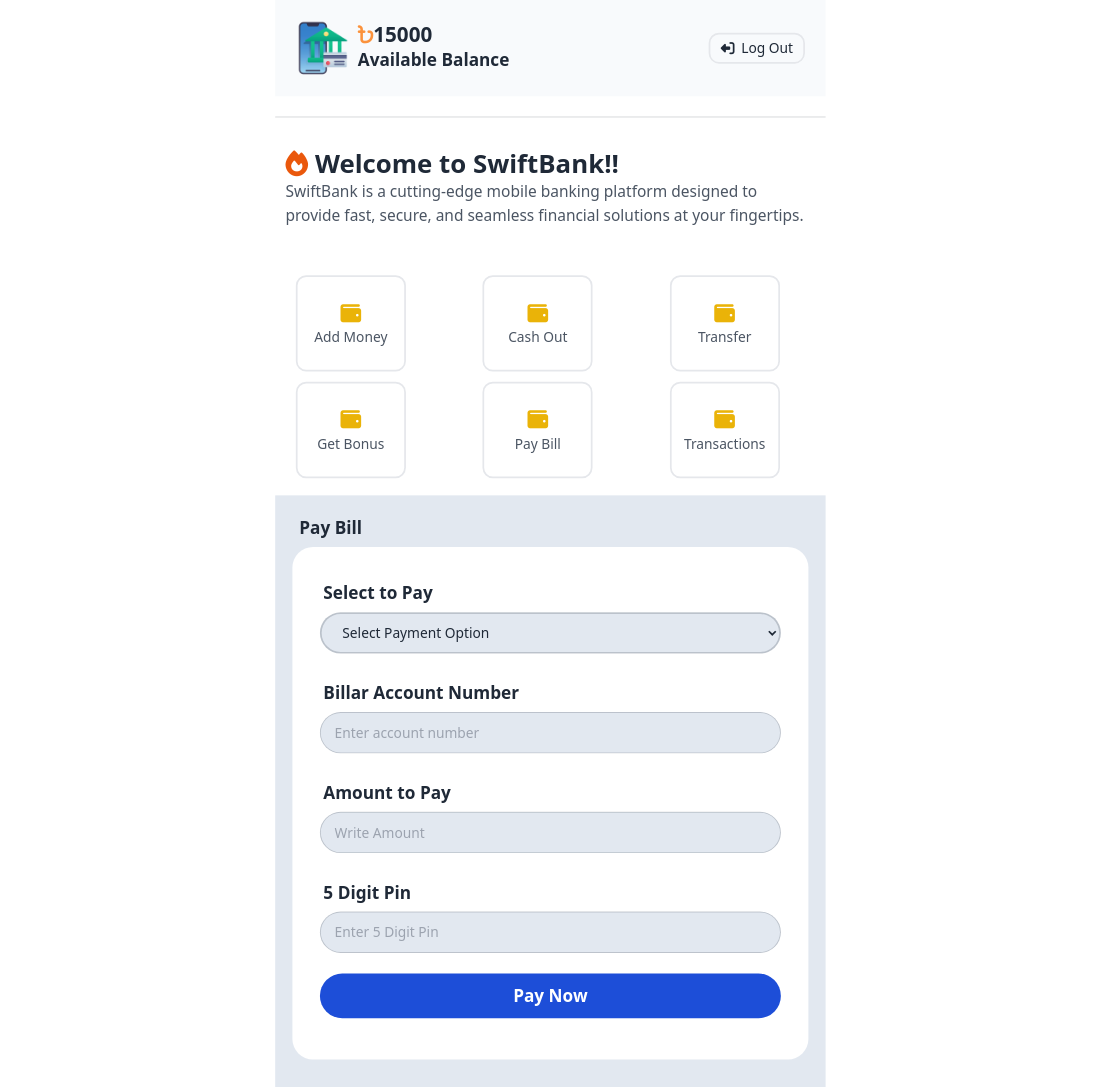
Repository: mukaddam-coder/swift-bank-mobile-banking
Page: home.html
The author's editor kept a copy of each file at every save. The page is drawn from the files as they stood at one save, then again after the next save.
The browser window is 1280 px wide. The pictures show the whole page, at 86% of full size.
Some web libraries are served in a nearby version.

Above is the page before, as saved 2024-12-15 02:14:22.

After the next save:
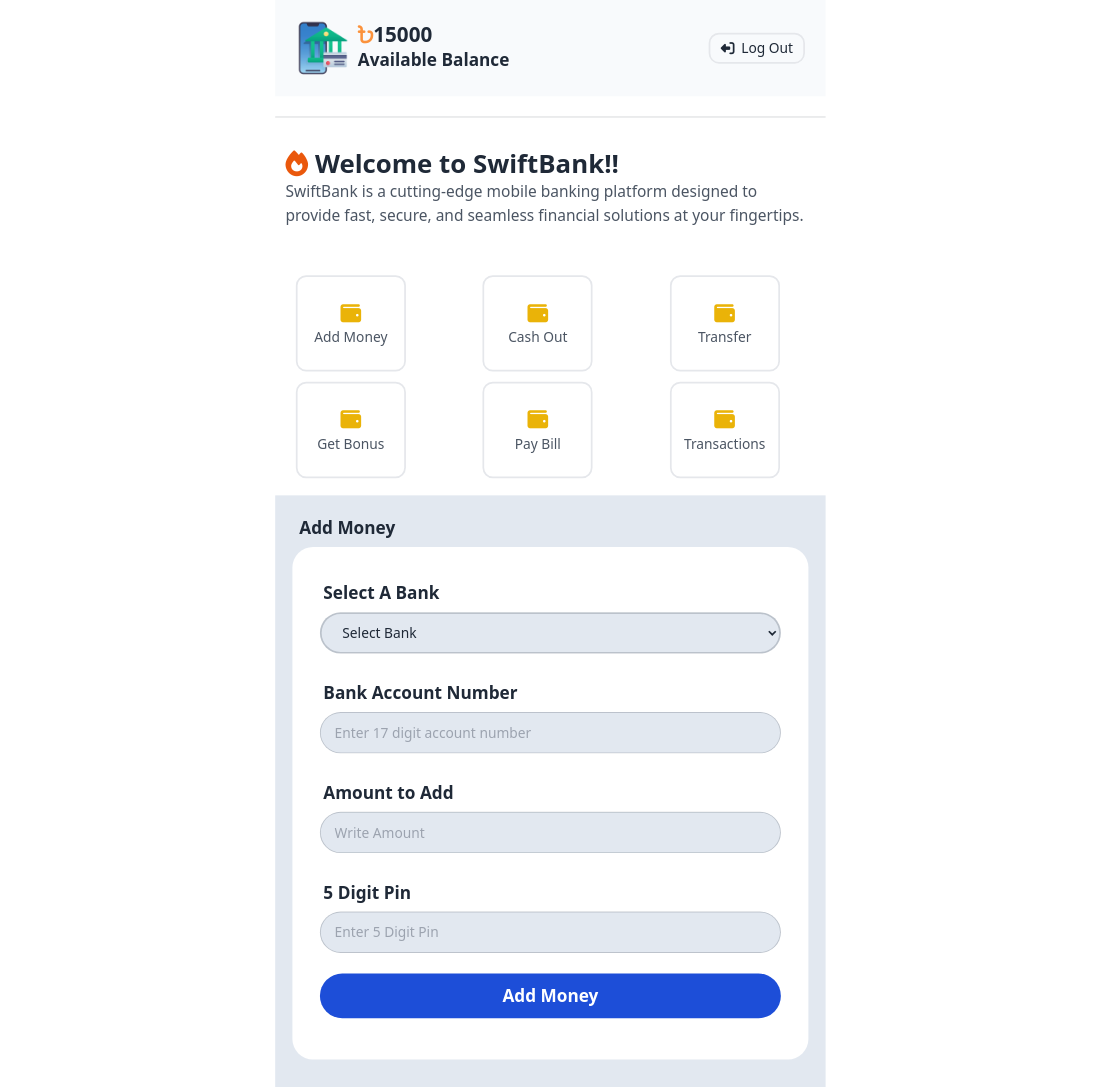
Saved 41 s later.
--- a/home.html
+++ b/home.html
@@ -96,7 +96,7 @@
     </div>
       </section>
       <!-- Add Money Section Start -->
-      <section id ="add-money-section" class="hidden w-1/2 mx-auto px-5 py-4 bg-slate-200">
+      <section id ="add-money-section" class="w-1/2 mx-auto px-5 py-4 bg-slate-200">
         <h2 class="p-2 font-bold text-xl">Add Money</h2>
         <form class="card-body bg-white rounded-3xl">
             <div class="form-control mb-4">
@@ -217,7 +217,7 @@
      <!-- Get Bonus Section End -->
 
      <!-- Pay Bill Section Start -->
-     <section id ="pay-bill-section" class="w-1/2 mx-auto px-5 py-4 bg-slate-200">
+     <section id ="pay-bill-section" class="hidden w-1/2 mx-auto px-5 py-4 bg-slate-200">
       <h2 class="p-2 font-bold text-xl">Pay Bill</h2>
       <form class="card-body bg-white rounded-3xl">
           <div class="form-control mb-4">
